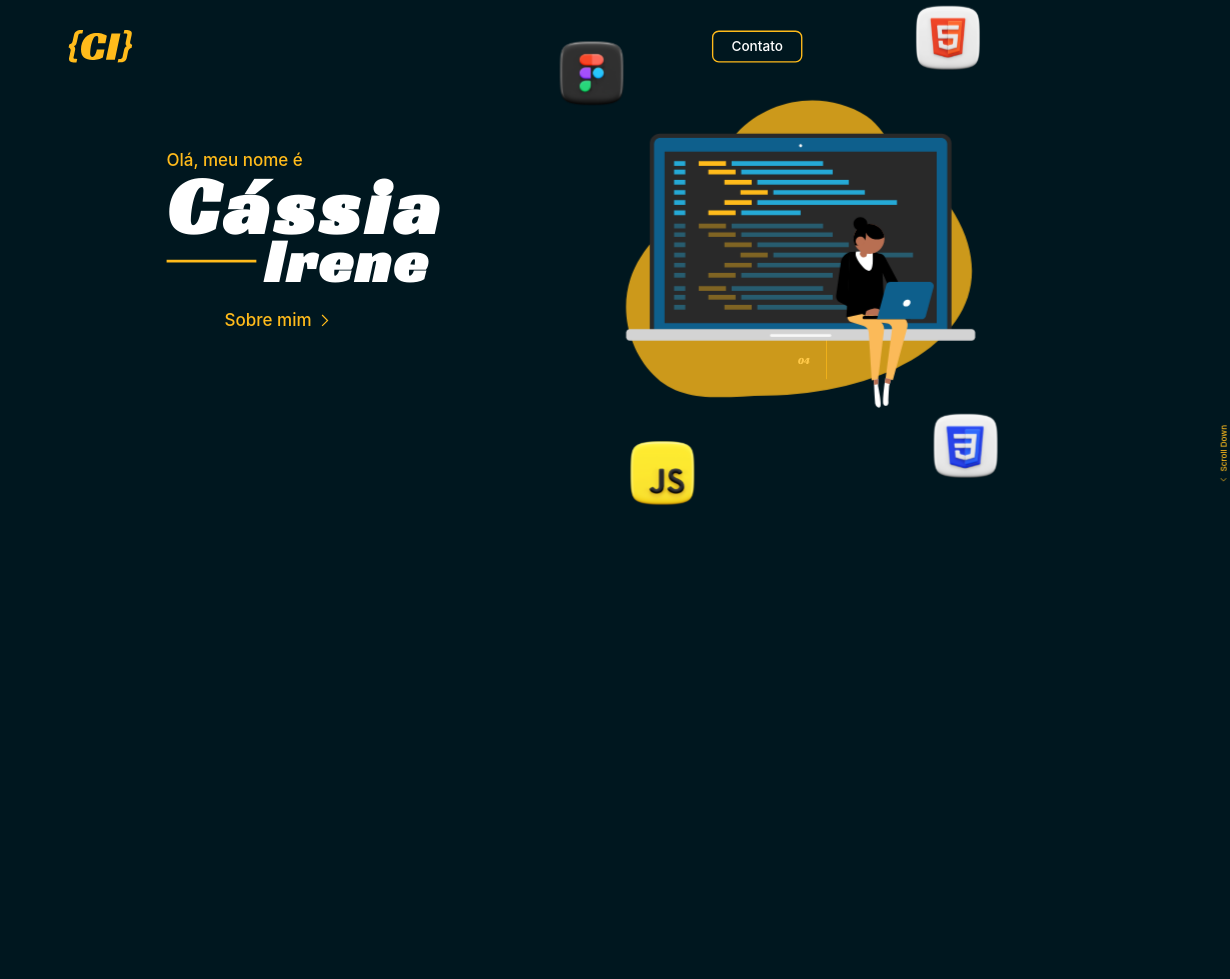
Repository: Cassia-Irene/My-Portfolio
Page: /
An editor plug-in stored every save of this project. The page is shown before and after the next save, followed by the edit.
The browser window is 1280 px wide. The page is 1809 px wide, so the pictures cover 1809 px, including what lies to the right of the window. The pictures show the whole page, at 68% of full size.
The project was rebuilt for these pictures with package versions that can differ from the ones it lists, and the page was loaded fresh each time. Also part of the build but not shown: vite.config.ts.

Above is the page before, as saved 2025-08-03 22:10:14.

After the next save:
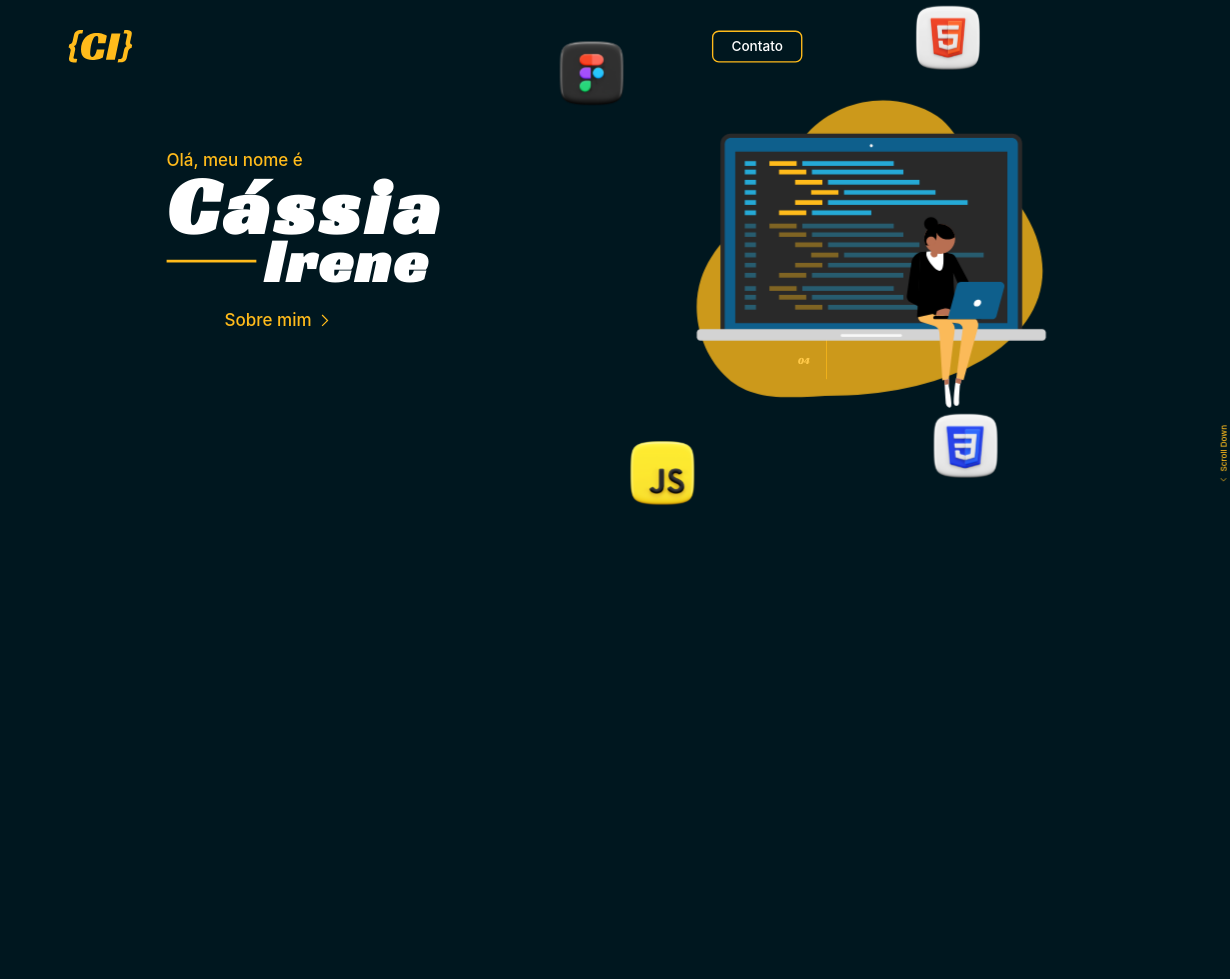
Saved 50 s later.
--- a/src/Hero.tsx
+++ b/src/Hero.tsx
@@ -120,7 +120,7 @@ const CentralImg = styled.img`
   height: 535.96px;
   position: absolute;
   top: -10%;
-  left: 50%;
+  left: 70%;
   transform: translate(-50%, -50%);
   animation: float 5s ease-in-out infinite;
 `;
